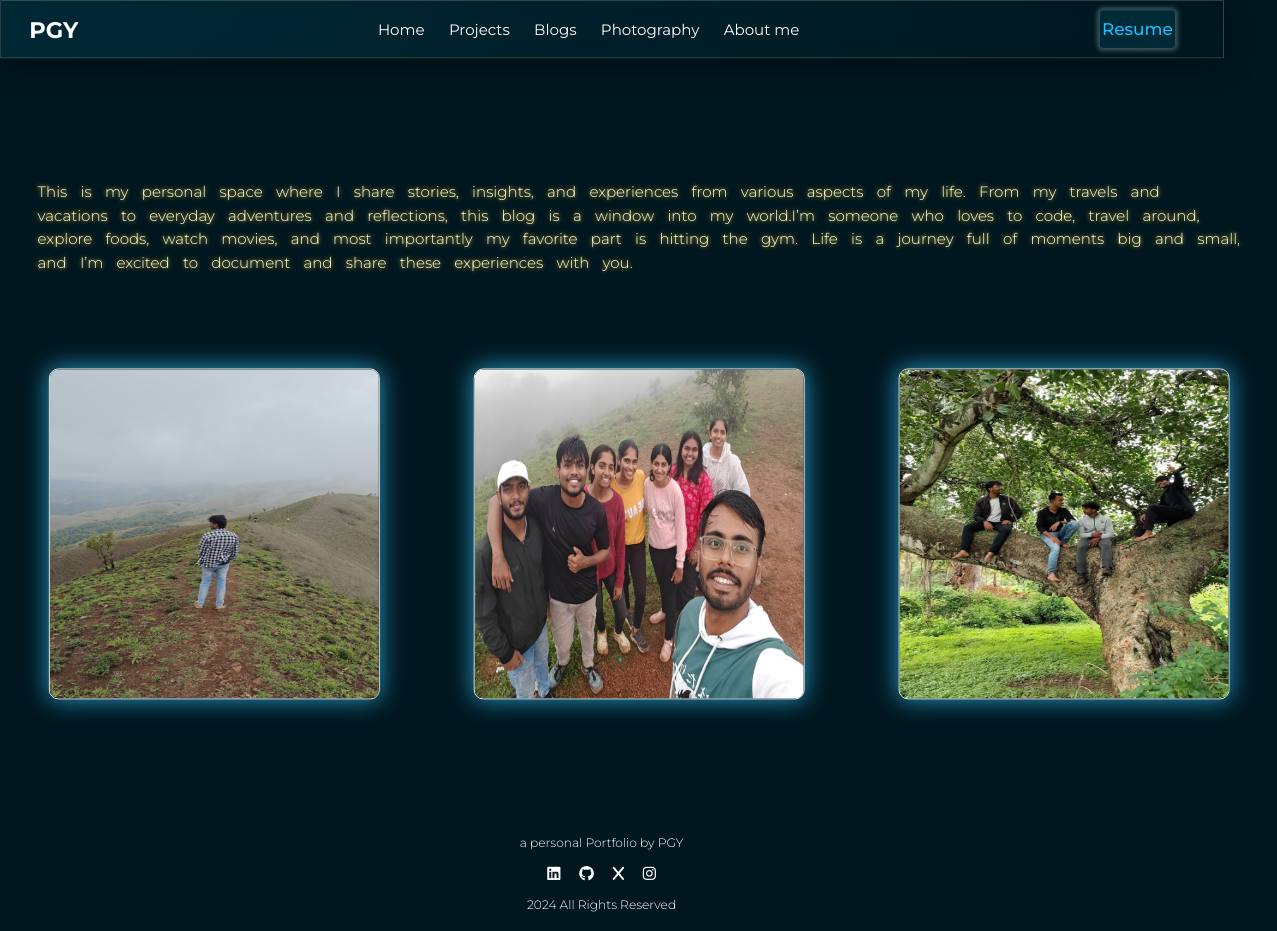
Repository: pgyunknown/pgyunknown
Page: personal_blog.html
These files come from the project's save history. The page is drawn as it stood at one moment and after the next save; the edit follows.
The browser window is 1280 px wide. The page is 1358 px wide, then 1302 px, so the pictures cover 1358 px, including what lies to the right of the window. The pictures show the whole page, at 94% of full size.
Some web libraries are served in a nearby version.

Above is the page before, as saved 2024-08-24 01:55:21.

### personal_blog.html
<!DOCTYPE html>
<html lang="en">
<head>
    <meta charset="UTF-8">
    <meta name="viewport" content="width=device-width, initial-scale=1.0">
    <title>Personal portfolio</title>
    <link rel="stylesheet" href="personal_blog.css">
    <link rel="preconnect" href="https://fonts.googleapis.com">
<link rel="preconnect" href="https://fonts.gstatic.com" crossorigin>
<link href="https://fonts.googleapis.com/css2?family=Libre+Baskerville:ital,wght@0,400;0,700;1,400&family=Montserrat:ital,wght@0,100..900;1,100..900&family=Titillium+Web:ital,wght@0,200;0,300;0,400;0,600;0,700;0,900;1,200;1,300;1,400;1,600;1,700&display=swap" rel="stylesheet">
<link rel="stylesheet" href="https://cdnjs.cloudflare.com/ajax/libs/font-awesome/6.6.0/css/all.min.css" integrity="sha512-Kc323vGBEqzTmouAECnVceyQqyqdsSiqLQISBL29aUW4U/M7pSPA/gEUZQqv1cwx4OnYxTxve5UMg5GT6L4JJg==" crossorigin="anonymous" referrerpolicy="no-referrer" />
</head>
<body>
    <header>
        <div class="pgy_con">
                <div class="pgy"><a href="#">PGY</a></div>
        </div>
        <nav>
                <div class="nav_bar">
                <a href="index.html" id="home">Home</a>
                <a href="project.html"id="projects">Projects</a>
                <a href="blog.html"id="blogs">Blogs</a>
                <a href="photography.html"id="photo">Photography</a>
                <a href="aboutme.html"id="About">About me</a>
                </div>
            </nav>
        <div class="resume_con">
                <button>Resume</button>
        </div>
    </header>
    <main>
        <div class="personal_intro"><p>This is my personal space where I share stories, insights, and experiences from various aspects of my life. From my travels and vacations to everyday adventures and reflections, this blog is a window into my world.I’m someone who loves to code, travel around, explore foods, watch movies, and most importantly my favorite part is hitting the gym. Life is a journey full of moments big and small, and I’m excited to document and share these experiences with you. </p></div>

        <div class="contianer1">
        <div ><img src="imgs/WhatsApp Image 2024-08-16 at 18.40.53_9c257726.jpg" alt=""></div>
        <div ><img src="imgs/WhatsApp Image 2024-08-16 at 18.40.52_35491df1.jpg" alt=""></div>
        <div ><img src="imgs/WhatsApp Image 2024-08-16 at 18.34.26_5f8bc427.jpg" alt=""></div>
        </div>


        </main>

        <footer>
        <div class="footer_port">a personal Portfolio by PGY</div>
        <div class="footer_icons">
            <a href="https://www.linkedin.com/in/p-gokul-yadav-82548a295?utm_source=share&utm_campaign=share_via&utm_content=profile&utm_medium=android_app" alt="Gokul's linkedin profile" target="_blank"><i class="fa-brands fa-linkedin"></i></a>
            <a href="https://github.com/pgyunknown" alt="Gokul Github profile" target="_blank" alt="Gokul's Github profile" ><i class="fa-brands fa-github"></i></a>
            <a href=" https://x.com/cody_hunk?t=EkARfGCWhhBT_BHbby4DGw&s=08 " target="_blank" alt="Gokul's X profile" ><i class="fa-brands fa-x" ></i></a>
            <a href="#" target="_blank" alt="Gokul's fa-instagram profile" ><i class="fa-brands fa-instagram" ></i></a>
        </div>
        <div class="copyrights">2024 All Rights Reserved</div>
    </footer>

### personal_blog.css
*{margin: 0px;
    padding: 0px;
}
body{
    background-color: #00171F;
    color: white;
    box-sizing: border-box;


}
a{
    text-decoration: none;
    color: inherit;
}

header{
    display: flex;
    justify-content: space-between;
    align-items: center;
    padding: 10px;
    /* Glassy effect */
    background: linear-gradient(135deg, rgba(0, 200, 255, 0.1), rgba(255, 255, 255, 0));
    backdrop-filter: blur(10px);
    -webkit-backdrop-filter: blur(10px);
    border:1px solid rgba(255, 255, 255, 0.18);
    box-shadow: 0 8px 32px 0 rgba(0, 0, 0, 0.37);

    overflow: hidden;
    position: sticky; /* Set the navbar to fixed position */
    top: 0; /* Position the navbar at the top of the page */
    width: 100%;
    height: 40px;
}

.pgy_con
{
    margin-left: 20px;
    font-family: "Montserrat", sans-serif;
    font-optical-sizing: auto;
    font-size: x-large;
    font-weight: 700;
    font-style: normal;
    align-items: end;

}

.pgy_con .pgy a{
    text-decoration: none;
}
.nav_bar {
        /* height: 50px; */
    width: 500px;
    display: flex;
    justify-content: space-evenly;

    transition-property: all;
    transition-timing-function: ease-in-out;
    transition-delay: 1s;


}

.nav_bar a{
    box-sizing: border-box;
    font-family: "Montserrat", sans-serif;
    font-optical-sizing: auto;
    font-weight: 400;
    font-style: normal
    text-decoration: none;
    justify-content: space-around;
    align-items: center;
    padding-top:10px;
    padding-bottom :10px;
    /* padding-right:10px ;
    padding-left:10px ; */
}

.nav_bar a:hover{
    color: #FFC107;
    text-shadow: #FFC107 0px 0px  1px;
    border-bottom: 0.5px solid #FFC107;


}


.resume_con {
    display: flex;
    justify-content: center;
    margin-right: 20px;
    background-color: #00171F;
    margin-right: 40px;
}
.resume_con button{
    background-color:rgba(0, 200, 255, 0.1);
    box-sizing: content-box;
    height: 2.5rem;
    width: 5rem;
    font-family: "Montserrat", sans-serif;
    font-optical-sizing: auto;
    font-size: large;
    font-weight: 500;
    font-style: normal;
    color: #1ABEFF;
    border: 0.0001px solid #3c555f;
    border-radius: 0.3rem;
    box-shadow: 0px 0px 5px 2px #3c555f;

}
    main{
    display: flex;
    flex-direction:column ;
    align-items: center;
    justify-content: center;
    height: 600px;
    width: 90%;
    /* justify-content:space-around; */
    align-items: center;
    padding: 50px;
    margin: 60px 20px 70px 20px;
}
main .personal_intro{
    display: flex;
    flex-direction: row;
    font-family: "Montserrat", sans-serif;
    font-optical-sizing: auto;
    font-size: medium;
    font-weight: 300;
    font-style: normal;
    margin-top: 50px;
    margin-bottom: 50px;
    word-spacing: 10px;
    line-height: 25px;
    text-shadow: #FC0 0 0 5px;
}

main{
    height: 100%;
    width: 100%;
    padding: 20px;

}
main .contianer1{

    display: flex;
    flex-direction: row;
    justify-content: space-between;
    align-items: center;

}

main .contianer1 img{
    height: 350px;
    width: 350px;
    margin: 50px;
    border-radius:10px;
    border: 1px solid #ffffff;
    box-shadow: 0px 0px 25px 1px #2792bd;
}


footer{
    display: flex;
    flex-direction:column;
    justify-content: center;
    align-items: center;
    margin-top: 20px;
    margin-bottom: 20px;
    font-family: "Montserrat", sans-serif;
    font-optical-sizing: auto;
    font-size: small;
    font-weight: 300;
    font-style: normal;
}

.footer_icons{
    display: flex;
    justify-content: center;
    align-items: center;
    width: 50px;
    height: 50px;
}



.copyrights{
    display: flex;
    justify-content: center;
    align-items: center;
}

.footer_icons a{
font-size: medium;
padding: 10px;
width: 50px;
height: 50px;
display: flex;
justify-content: center;
align-items: center;
}

After the next save:
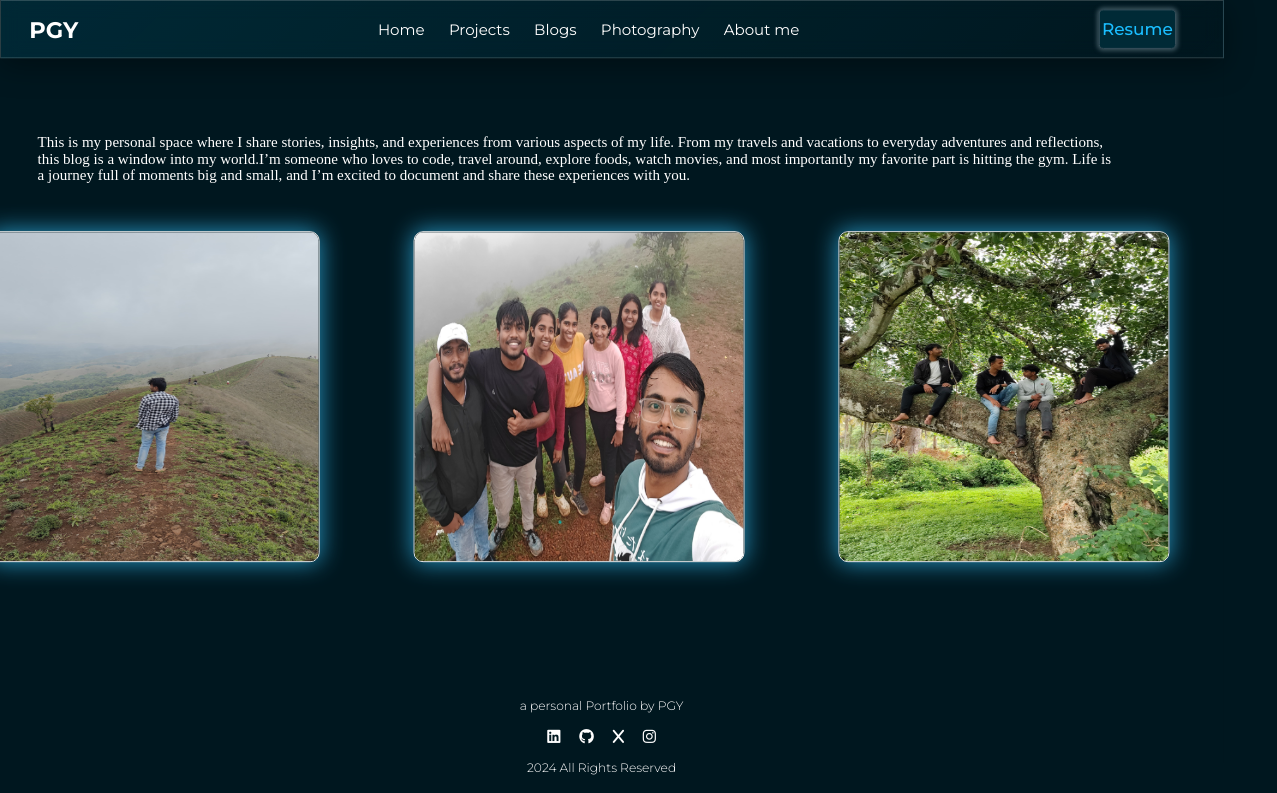
Saved 62 s later.
--- a/personal_blog.css
+++ b/personal_blog.css
@@ -119,7 +119,7 @@ header{
     padding: 50px;
     margin: 60px 20px 70px 20px;
 }
-main .personal_intro{
+main .professtional_intro{
     display: flex;
     flex-direction: row;
     font-family: "Montserrat", sans-serif;
@@ -127,8 +127,6 @@ main .personal_intro{
     font-size: medium;
     font-weight: 300;
     font-style: normal;
-    margin-top: 50px;
-    margin-bottom: 50px;
     word-spacing: 10px;
     line-height: 25px;
     text-shadow: #FC0 0 0 5px;
@@ -136,7 +134,7 @@ main .personal_intro{
 
 main{
     height: 100%;
-    width: 100%;
+    width: 90%;
     padding: 20px;
 
 }
@@ -157,7 +155,6 @@ main .contianer1 img{
     border: 1px solid #ffffff;
     box-shadow: 0px 0px 25px 1px #2792bd;
 }
-
 
 footer{
     display: flex;
